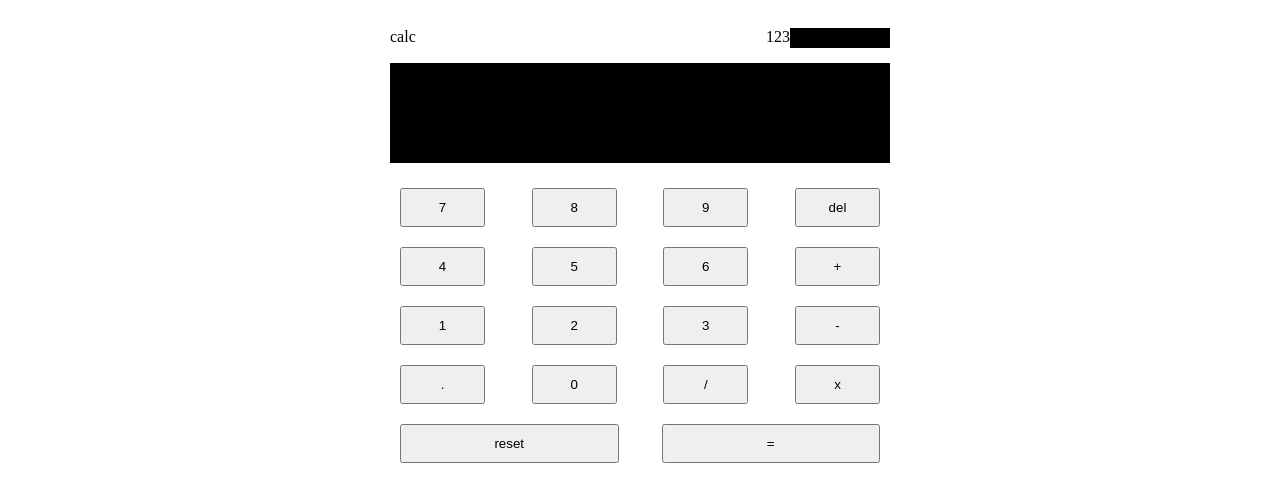
Repository: Eugene44-hub/basic-calculator
Page: index.html
The author's editor kept a copy of each file at every save. The page is drawn from the files as they stood at one save, then again after the next save.
The browser window is 1280 px wide. The pictures show the whole page.

Above is the page before, as saved 2021-10-01 14:44:26.
Console error: SyntaxError: Unexpected end of input

### index.html
<!DOCTYPE html>
<html lang="en">

<head>
    <link rel="stylesheet" href="style.css">
    <meta charset="UTF-8">
    <meta http-equiv="X-UA-Compatible" content="IE=edge">
    <meta name="viewport" content="width=device-width, initial-scale=1.0">
    <title>Document</title>
</head>

<body>
    <div class="cal-container">

        <div class="theme">
            <div class="header">calc</div>
            <div class="theme-number">
                <div class="number-toggle">
                    <span id="one">1</span>
                    <span id="two">2</span>
                    <span id="three">3</span>
                    <div class="toggle"></div>
                </div>
            </div>
        </div>
        <div class="output">

        </div>
        <div class="buttons">
            <button id="number-button">7</button>
            <button id="number-button">8</button>
            <button id="number-button">9</button>
            <button id="del-button">del</button>
            <button id="number-button">4</button>
            <button id="number-button">5</button>
            <button id="number-button">6</button>
            <button id="addition-button">+</button>
            <button id="number-button">1</button>
            <button id="number-button">2</button>
            <button id="number-button">3</button>
            <button id="minus-button">-</button>
            <button id="dot-button">.</button>
            <button id="number-button">0</button>
            <button id="division-button">/</button>
            <button id="multiply-button">x</button>
            <button id="reset-button">reset</button>
            <button id="equals-button">=</button>
        </div>
    </div>

    <script src="app.js"></script>
</body>

</html>

### style.css
* {
    padding: 0;
    margin: 0;
    box-sizing: border-box;
}

body {
    display: flex;
    height: 500px;
}

.theme {
    display: flex;
    flex-wrap: wrap;
}

.toggle {
    background-color: black;
    height: 20px;
    width: 100px;
}

.header {
    flex: 50%;
}

.theme-number {
    flex: 50%;
}

.number-toggle {
    float: right;
    word-spacing: 30px;
    display: flex;
}

span {
    flex: ;
}

.cal-container {
    margin: auto;
    width: 500px;
}

.buttons {
    display: flex;
    flex-wrap: wrap;
    justify-content: space-between;
}

button {
    flex-basis: 17%;
    padding: 10px;
    margin: 10px;
}

#reset-button,
#equals-button {
    flex-basis: 43.7%
}

.output {
    height: 100px;
    background-color: black;
    margin: 15px 0
}

Loaded but not shown: app.js (common file)

After the next save:
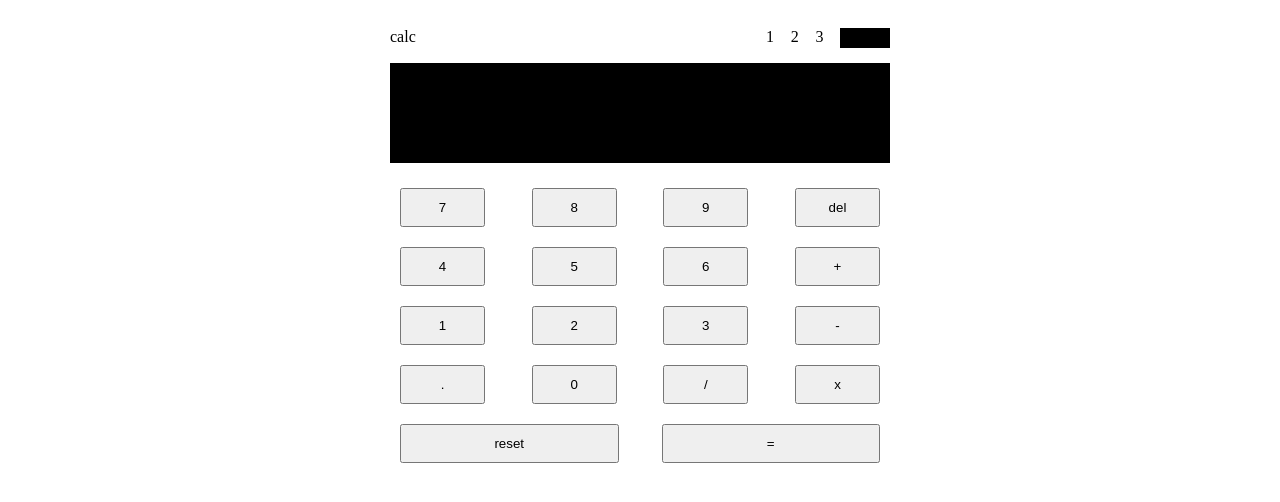
Saved 5 s later.
--- a/style.css
+++ b/style.css
@@ -35,7 +35,7 @@ body {
 }
 
 span {
-    flex: ;
+    flex: 40%;
 }
 
 .cal-container {
